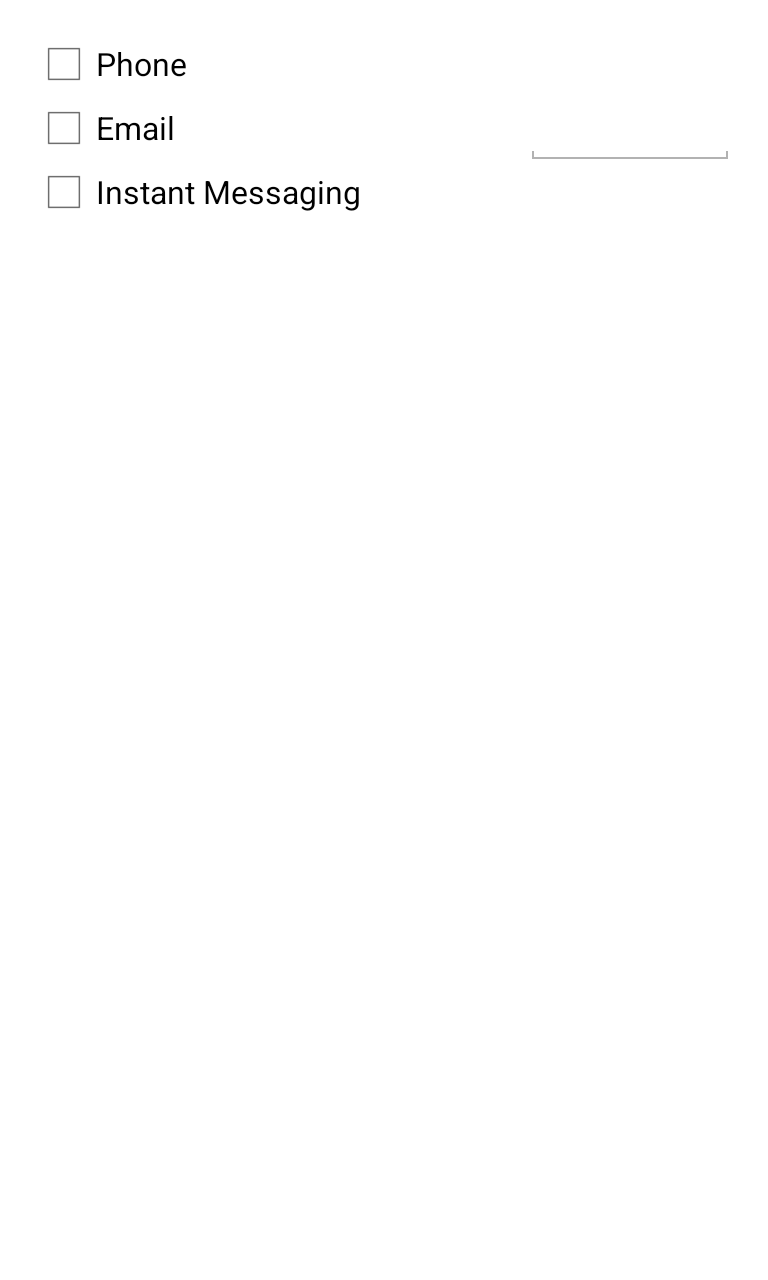
Repository: radupoenaru1992/PracticalTest01Var01
Layout: PracticalTest01Var01/res/layout/activity_practical_test01_var01_main.xml
An editor plug-in stored every save of this project. The layout is shown before and after the next save, followed by the edit.
It is drawn on a 768 x 1280 px phone screen (xhdpi) without system bars, with theme AppTheme; the app's code is not run.

Above is the layout before, as saved 2015-03-30 15:28:15.

After the next save:
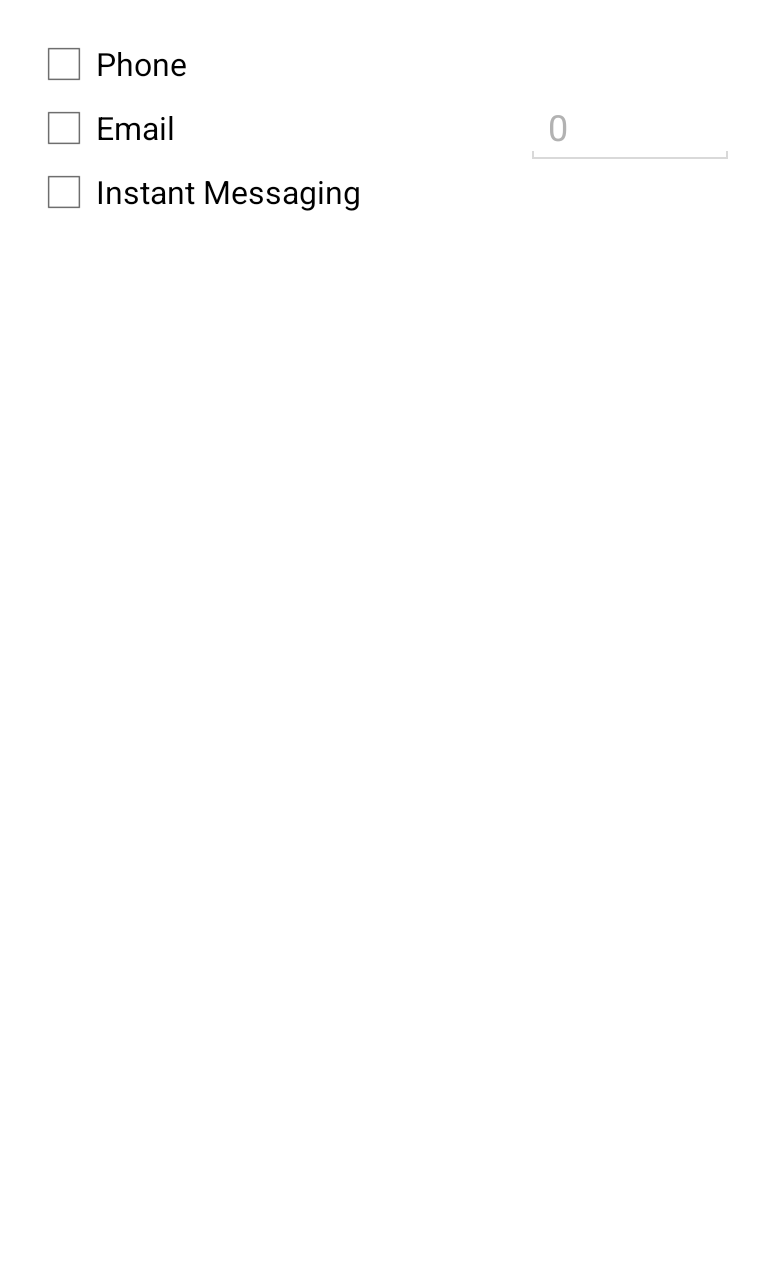
Saved 51 s later.
--- a/PracticalTest01Var01/res/layout/activity_practical_test01_var01_main.xml
+++ b/PracticalTest01Var01/res/layout/activity_practical_test01_var01_main.xml
@@ -54,7 +54,9 @@
                 android:layout_width="match_parent"
                 android:layout_height="wrap_content"
                 android:layout_gravity="center"
-                android:id="@+id/etDr"/>
+                android:id="@+id/etDr"
+                android:enabled="false"
+                android:text="0"/>
 
         </LinearLayout>
 
